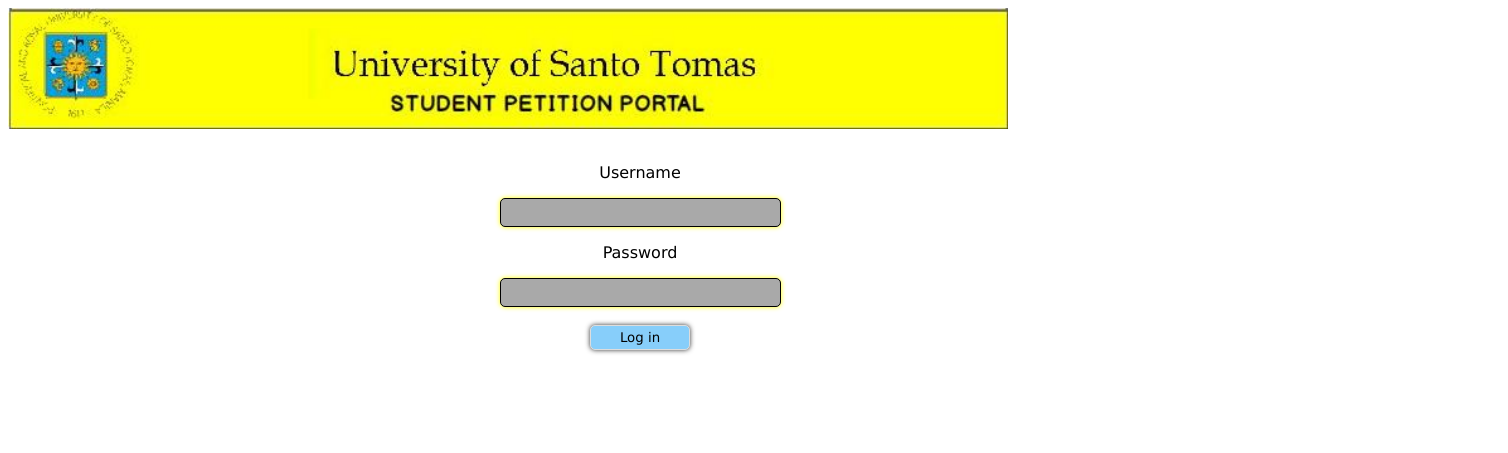
Repository: mawewatistel/PetitioningSystem
Page: http://localhost/SibuloTolentino/
The author's editor kept a copy of each file at every save. The page is drawn from the files as they stood at one save, then again after the next save.
The browser window is 1280 px wide. The page is 1280 px wide, then 1508 px, then 1280 px, so the pictures cover 1508 px, including what lies to the right of the window. The pictures show the whole page.
The page is served by Tomcat 9.

Above is the page before, as saved 2016-05-10 04:19:20.

### SibuloTolentino/WebContent/index.jsp
<%@ page language="java" contentType="text/html; charset=ISO-8859-1"
    pageEncoding="ISO-8859-1"%>
<!DOCTYPE html PUBLIC "-//W3C//DTD HTML 4.01 Transitional//EN" "http://www.w3.org/TR/html4/loose.dtd">
<html>
<head>
<meta http-equiv="Content-Type" content="text/html; charset=ISO-8859-1">
<title>Petition Classes</title>
</head>
<body>
<div id ="wrapperHeader">
<div id= "header">
<img src ="Images/ust.JPG" alt = "Missing Image!=" width = 1000 height= >
</div>
</div>
<form action="login.jsp" method="post"> <br/>
<center><p>Username</p><input type="text" name="username"> <br/></center>
<center><p>Password</p><input type="password" name="password"> <br/>
<br><input type="submit" value="Log in"> </form> </center>

<style>
  input[type="text"] {
    background: #A9A9A9;
    border: 1px double black;
    border-radius: 5px;
    box-shadow: 0 0 5px yellow;
    color: black;
    outline: center;
    height:25px;
    width: 275px;
    font-family:"verdana";
  }

p{
	font-family: "verdana";
	alignment: left;
	}
input[type="submit"]{
    background: #87CEFA;
    border: 1px double #DDD;
    border-radius: 5px;
    box-shadow: 0 0 5px #333;
    color: ;
    outline: none;
    height:25px;
    width: 100px;
    font-family: "verdana";
    font-color: black;
}
input[type="password"]{
background: #A9A9A9;
    border: 1px double black;
    border-radius: 5px;
    box-shadow: 0 0 5px yellow;
    color: black;
    outline: center;
    height:25px;
    width: 275px;
    font-family:"verdana";
}
input.remove{
	}
</style>
</body>
</html>

After the next save:
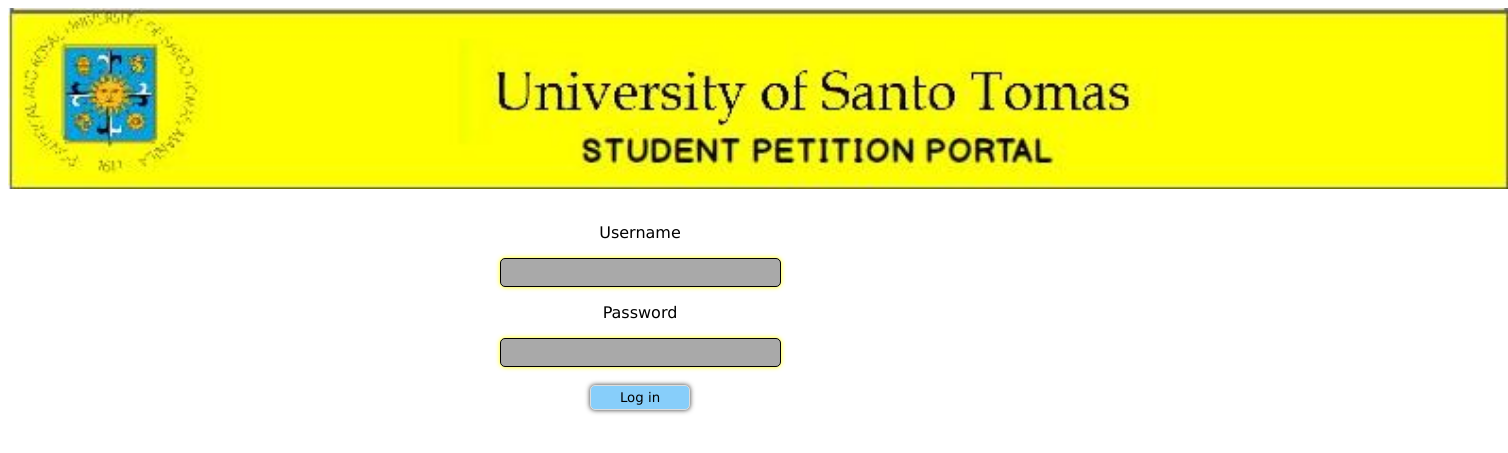
Saved 23 s later.
--- a/SibuloTolentino/WebContent/index.jsp
+++ b/SibuloTolentino/WebContent/index.jsp
@@ -9,7 +9,7 @@
 <body>
 <div id ="wrapperHeader">
 <div id= "header">
-<img src ="Images/ust.JPG" alt = "Missing Image!=" width = 1000 height= >
+<img src ="Images/ust.JPG" alt = "Missing Image!=" width = 1500 height= >
 </div>
 </div>
 <form action="login.jsp" method="post"> <br/>

After the save that followed:
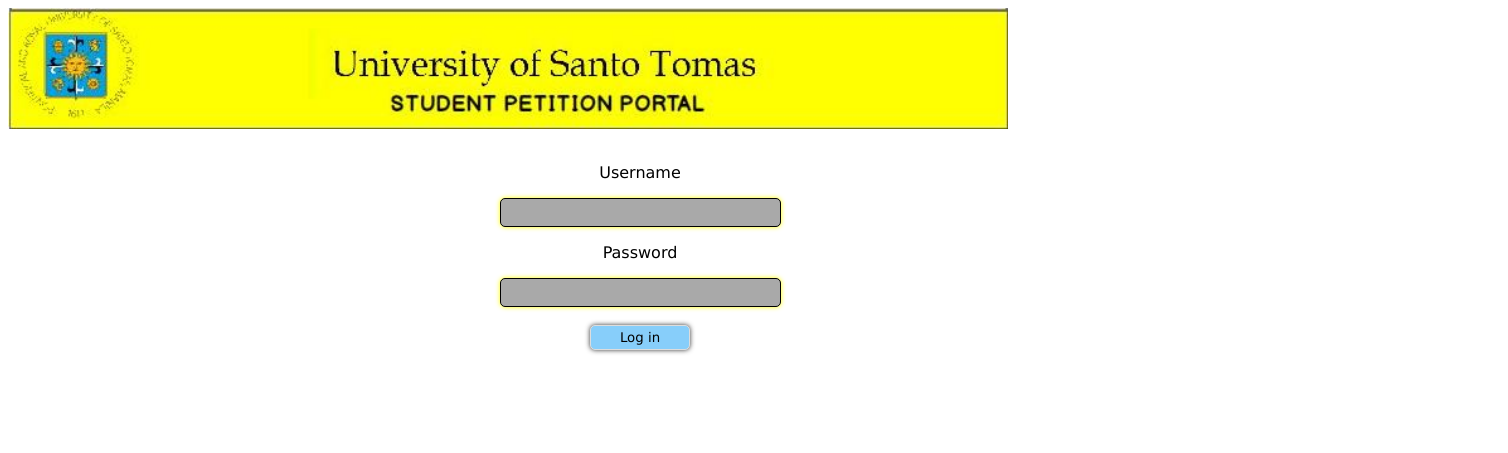
Saved 22 s later.
--- a/SibuloTolentino/WebContent/index.jsp
+++ b/SibuloTolentino/WebContent/index.jsp
@@ -9,7 +9,7 @@
 <body>
 <div id ="wrapperHeader">
 <div id= "header">
-<img src ="Images/ust.JPG" alt = "Missing Image!=" width = 1500 height= >
+<img src ="Images/ust.JPG" alt = "Missing Image!=" width = 1000 height= >
 </div>
 </div>
 <form action="login.jsp" method="post"> <br/>
